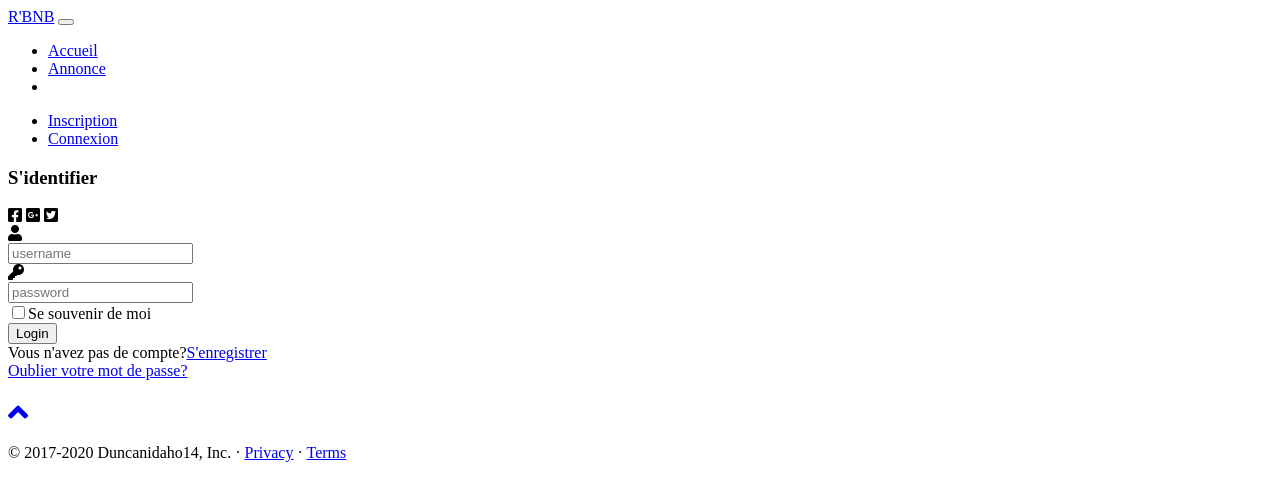
Repository: duncanidaho14/airbnb
Page: templates/account/logindeux.html.twig
An editor plug-in stored every save of this project. The page is shown before and after a run of saves, followed by the edit.
The browser window is 1280 px wide. The pictures show the whole page.
Some web libraries are served in a nearby version. The page is a Twig template of a Symfony application; nobody is signed in and links lead nowhere. Other server files are loaded and not shown. The template is opened directly, without the code that normally fills it, so the values that code supplies are empty.

Above is the page before, as saved 2020-10-11 11:53:19.

### templates/account/logindeux.html.twig
{% extends 'base.html.twig' %}

{% block title %}Connexion au site{% endblock %}

{% block body %}

    <div class="container login-container">
	<div class="d-flex justify-content-center h-100">
		<div class="card">
			<div class="card-header">
				<h3>S'identifier</h3>
				<div class="d-flex justify-content-end social_icon">
					<span><i class="fab fa-facebook-square"></i></span>
					<span><i class="fab fa-google-plus-square"></i></span>
					<span><i class="fab fa-twitter-square"></i></span>
				</div>
			</div>
			<div class="card-body">
				<form action="{{path('account_login')}}" method="post">
					<div class="input-group form-group">
						<div class="input-group-prepend">
							<span class="input-group-text"><i class="fas fa-user"></i></span>
						</div>
						<input type="email" name="_username" id="email" class="form-control" placeholder="username">

					</div>
					<div class="input-group form-group">
						<div class="input-group-prepend">
							<span class="input-group-text"><i class="fas fa-key"></i></span>
						</div>
						<input type="password" name="_password" id="password" class="form-control" placeholder="password">
					</div>
					<div class="row align-items-center remember">
						<input type="checkbox">Se souvenir de moi
					</div>
					<div class="form-group">
						<input type="submit" value="Login" class="btn float-right login_btn">
					</div>
				</form>
			</div>
			<div class="card-footer">
				<div class="d-flex justify-content-center links">
					Vous n'avez pas de compte?<a href="{{path('account_register')}}">S'enregistrer</a>
				</div>
				<div class="d-flex justify-content-center">
					<a href="#">Oublier votre mot de passe?</a>
				</div>
			</div>
		</div>
	</div>
</div>

{% endblock %}

### templates/base.html.twig
<!DOCTYPE html>
<html lang="fr">
    <head>
        <meta charset="UTF-8">
        <meta name="viewport" content="width=device-width, initial-scale=1, shrink-to-fit=no">
        <title>R'BNB {% block title %} R'BNB {% endblock %} </title>
            <link href="https://cdnjs.cloudflare.com/ajax/libs/font-awesome/5.13.0/css/all.min.css" rel="stylesheet">
            <link rel="stylesheet" href="https://unpkg.com/leaflet@1.3.1/dist/leaflet.css" integrity="sha512-Rksm5RenBEKSKFjgI3a41vrjkw4EVPlJ3+OiI65vTjIdo9brlAacEuKOiQ5OFh7cOI1bkDwLqdLw3Zg0cRJAAQ==" crossorigin="" />

            {{ encore_entry_link_tags('app') }}
        {% block stylesheets %}
        {% endblock %}
    </head>
    <body>

        {% include "./layout/header.html.twig" %}

        {% block body %}
        {% endblock %}

        {% include "./layout/footer.html.twig" %}


        <script src="https://unpkg.com/leaflet@1.3.1/dist/leaflet.js" integrity="sha512-/Nsx9X4HebavoBvEBuyp3I7od5tA0UzAxs+j83KgC8PU0kgB4XiK4Lfe4y4cgBtaRJQEIFCW+oC506aPT2L1zw==" crossorigin=""></script>
            {{ encore_entry_script_tags('app') }}
        {% block javascripts %}
        {% endblock %}



    </body>
</html>

### templates/layout/header.html.twig
        <nav class="navbar navbar-expand-lg navbar-dark bg-dark">
            <a class="navbar-brand" href="{{path('home')}}">R'BNB</a>
            <button class="navbar-toggler" type="button" data-toggle="collapse" data-target="#navbarColor02" aria-controls="navbarColor02" aria-expanded="false" aria-label="Toggle navigation">
                <span class="navbar-toggler-icon"></span>
            </button>

            <div class="collapse navbar-collapse" id="navbarColor02">
                <ul class="navbar-nav mr-auto">
                    <li class="nav-item active">
                        <a class="nav-link" href="{{path('home')}}">Accueil</a>
                    </li>
                    <li class="nav-item">
                        <a class="nav-link" href="{{path('annonces_index')}}">Annonce</a>
                    </li>
                    <li class="nav-item">
                        {# <a class="nav-link" href="{{path('about')}}">A propos</a> #}
                        <div  name="" id="backToTop"></div>
                    </li>
                </ul>

                <ul class="navbar-nav ml-auto">
                    {% if app.user %}
                        <li class="nav-item dropdown">
                            <a href="#" class="nav-link dropdown-toogle" data-toggle="dropdown" id="accountDropdownLink">
                                <img src="{{app.user.picture}}" alt="avatar de {{app.user.fullName}}" class="avatar avatar-mini">{{app.user.fullName}}<i class="fas fa-user"></i>
                            </a>
                            <div class="dropdown-menu dopdown-menu-left" aria-labelledby="accountDropdownLink">
                                <a href="{{path('annonces_create')}}" class="dropdown-item">Créer une annonce</a>
                                <a href="{{path('account_index')}}" class="dropdown-item">Mon Compte</a>
                                <a href="{{path('account_bookings')}}" class="dropdown-item">Mes Réservations</a>
                                <a href="{{path('account_profile')}}" class="dropdown-item">Modifier mon profil</a>
                                <div class="dropdown-divider"></div>
                                <a href="{{path('account_logout')}}" class="dropdown-item">Déconnexion</a>
                            </div>
                        </li>
                    {% else %}
                        <li class="nav-item">
                            <a href="{{path('account_register')}}" class="nav-link">Inscription</a>
                        </li>
                        <li class="nav-item">
                            <a href="{{path('account_login')}}" class="nav-link">Connexion</a>
                        </li>
                    {% endif %}
                </ul>
            </div>
        </nav>

        {# message flash #}
        {% for label, messages in app.flashes %}
            <div class="container">
                <div class="alert alert-{{label}}">
                    {% for message in messages %}
                        <p>{{message|raw}}</p>
                    {% endfor %}
                </div>
            </div>
        {% endfor %}

### templates/layout/footer.html.twig
      <!-- FOOTER  Ne pas placer dans le body -->
  <footer class="container">
    <p class="float-right"><a href="#backToTop"><i class="fas fa-angle-up fa-2x"></i></a></p>
    <p>&copy; 2017-2020 Duncanidaho14, Inc. &middot; <a href="#">Privacy</a> &middot; <a href="#">Terms</a></p>
  </footer>

Loaded but not shown: webpack.config.js (common file)

After the next 2 saves:
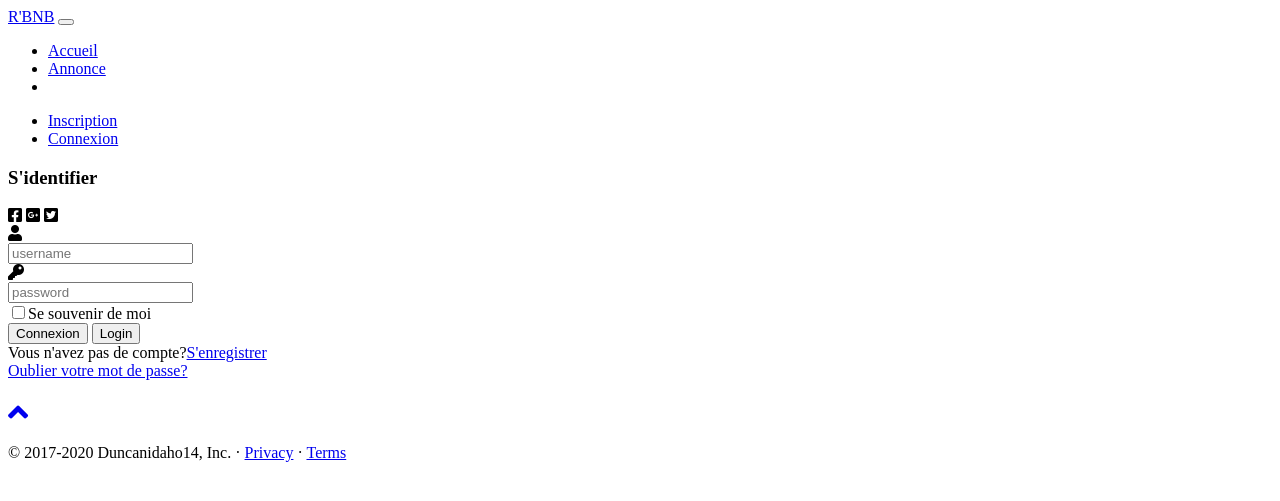
The 2 saves are shown as one change because they came seconds apart.
The last was saved 52 s later.
--- a/templates/account/logindeux.html.twig
+++ b/templates/account/logindeux.html.twig
@@ -34,6 +34,7 @@
 						<input type="checkbox">Se souvenir de moi
 					</div>
 					<div class="form-group">
+                        <button type="submit" class="btn btn-success">Connexion</button>
 						<input type="submit" value="Login" class="btn float-right login_btn">
 					</div>
 				</form>
